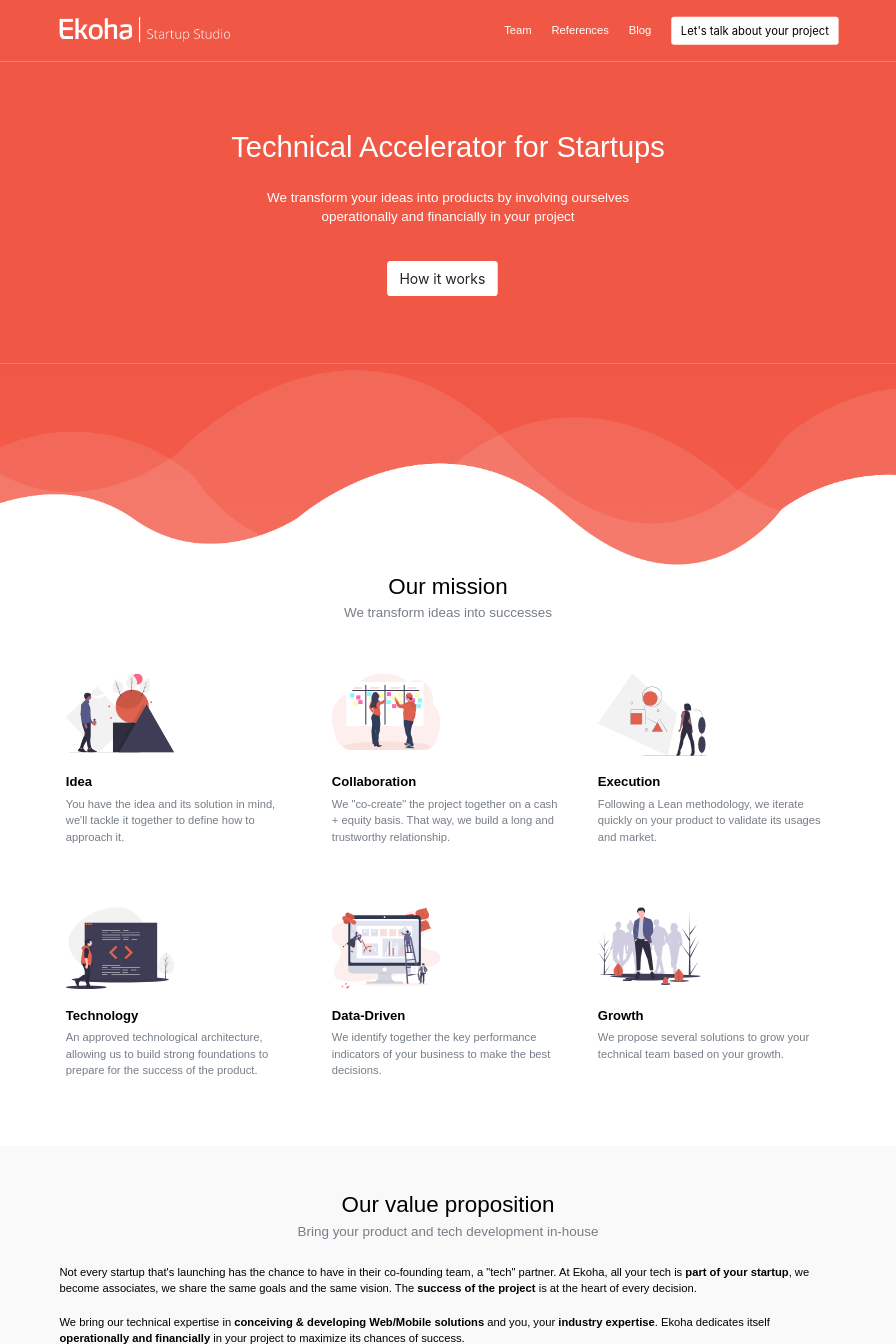
Repository: BetterCallJohn/ekoha-website
Page: index.html
These files come from the project's save history. The page is drawn as it stood at one moment and after the next save; the edit follows.
The browser window is 1280 px wide. The pictures show the part of the page from y = 0 to 1920 px (the page is 2765 px tall), at 70% of full size.
Some web fonts or font styles are not loaded; a fallback is used.

Above is the page before, as saved 2025-06-11 20:41:09.

### index.html
<!DOCTYPE html>
<html lang="en">
<head>
    <meta charset="UTF-8">
    <meta name="generator" content="Hugo 0.60.1">
    <title>Ekoha — Technical Accelerator for Startups</title>
    <meta name="Description" content="Ekoha is The Startup Studio. Focused on creating and developing companies, mostly from internal ideas. From ideas to independent companies.">
    <meta http-equiv="x-ua-compatible" content="IE=edge">
    <meta name="theme-color" content="#379DFF">
    <meta name="apple-mobile-web-app-capable" content="yes">
    <meta name="format-detection" content="telephone=no">
    <meta name="viewport" content="width=device-width,minimum-scale=1,initial-scale=1,shrink-to-fit=no,viewport-fit=cover">
    <link rel="preconnect" href="https://fonts.gstatic.com/" crossorigin="">
    <link href="./assets/css/fonts.css" rel="stylesheet">

    <!-- Open Graph Meta Tags -->
    <meta property="og:locale" content="en_US">
    <meta property="og:type" content="article">
    <meta property="og:title" content="Ekoha - The Startup Studio">
    <meta property="og:description" content="Ekoha is The Startup Studio. Focused on creating and developing companies, mostly from internal ideas. From ideas to independent companies.">
    <meta property="og:site_name" content="Ekoha is The Startup Studio. Focused on creating and developing companies, mostly from internal ideas. From ideas to independent companies.">
    <meta property="og:url" content="https://www.ekoha.co/">
    <meta property="og:image" content="./assets/img/biglogo@2x.png">

    <!-- Favicon -->
    <link rel="shortcut icon" href="./assets/img/favicon.png" type="image/ico">

    <!-- Stylesheets -->
    <link rel="stylesheet" href="./assets/css/styles.min.css">
</head>
<body id="landing">
    <header class="header">
        <div class="container">
            <div class="row">
                <h1 class="header__logo col-auto" role="banner">
                    <a href="/"><img src="./assets/img/logo@2x.png" alt="Ekoha"></a>
                </h1>
                <a href="#nav" id="nav-toggle" class="col-auto ml-auto d-block d-lg-none header__navToggle" aria-label="Open the menu">
                    <div class="header__hamburger" aria-hidden="true">
                        <span></span>
                        <span></span>
                        <span></span>
                    </div>
                </a>
                <nav id="nav" class="header__nav col" role="navigation" aria-label="Primary menu">
                    <div class="row text-right">
                        <ul class="header__primaryNav mr-auto">
                            <li><a href="#team">Team</a></li>
                            <li><a href="#references">References</a></li>
                            <li><a href="#blog">Blog</a></li>
                            <li class="li-btn">
                                <a href="mailto:hello@ekoha.co" class="btn btn-light">Let's talk about your project</a>
                            </li>
                        </ul>
                    </div>
                </nav>
            </div>
        </div>
    </header>

    <main class="main page--landing">
        <section class="jumbotron jumbotron--center jumbotron--waves">
            <div class="jumbotron__inner">
                <div class="container">
                    <div class="row">
                        <div class="col mx-auto col-lg-9 col-xl-9">
                            <div class="jumbotron__content">
                                <h1>Technical Accelerator for Startups</h1>
                                <p class="lead">We transform your ideas into products by involving ourselves<br>operationally and financially in your project</p>
                                <a href="#howitworks" class="btn btn-light btn-lg">How it works</a>
                            </div>
                        </div>
                    </div>
                </div>
            </div>
            <img class="jumbotron__bottom" src="./assets/img/jumbotron-waves@2x.png" alt="" id="howitworks">
        </section>

        <section class="section section--explore">
            <div class="container">
                <div class="row">
                    <div class="col">
                        <h2 class="section__title">Our mission</h2>
                        <p class="section__subtitle">We transform ideas into successes</p>
                    </div>
                </div>
                <div class="row">
                    <div class="col-lg-4 col-sm-6 p-4">
                        <figure><img src="./assets/img/idea.svg" width="155" alt=""></figure>
                        <h3>Idea</h3>
                        <p class="muted">You have the idea and its solution in mind, we'll tackle it together to define how to approach it.</p>
                    </div>
                    <div class="col-lg-4 col-sm-6 p-4">
                        <figure><img src="./assets/img/collaboration.svg" width="155" alt=""></figure>
                        <h3>Collaboration</h3>
                        <p class="muted">We "co-create" the project together on a cash + equity basis. That way, we build a long and trustworthy relationship.</p>
                    </div>
                    <div class="col-lg-4 col-sm-6 p-4">
                        <figure><img src="./assets/img/execution.svg" width="155" alt=""></figure>
                        <h3>Execution</h3>
                        <p class="muted">Following a Lean methodology, we iterate quickly on your product to validate its usages and market.</p>
                    </div>
                    <div class="col-lg-4 col-sm-6 p-4">
                        <figure><img src="./assets/img/technologie.svg" width="155" alt=""></figure>
                        <h3>Technology</h3>
                        <p class="muted">An approved technological architecture, allowing us to build strong foundations to prepare for the success of the product.</p>
                    </div>
                    <div class="col-lg-4 col-sm-6 p-4">
                        <figure><img src="./assets/img/data.svg" width="155" alt=""></figure>
                        <h3>Data-Driven</h3>
                        <p class="muted">We identify together the key performance indicators of your business to make the best decisions.</p>
                    </div>
                    <div class="col-lg-4 col-sm-6 p-4">
                        <figure><img src="./assets/img/growth.svg" width="155" alt=""></figure>
                        <h3>Growth</h3>
                        <p class="muted">We propose several solutions to grow your technical team based on your growth.</p>
                    </div>
                </div>
            </div>
        </section>

        <section class="section section--strenghs section--neutral">
            <div class="container">
                <div class="row">
                    <div class="col">
                        <h2 class="section__title">Our value proposition</h2>
                        <p class="section__subtitle">Bring your product and tech development in-house</p>
                        <div class="cms">
                            <p>Not every startup that's launching has the chance to have in their co-founding team, a "tech" partner. At Ekoha, all your tech is <strong>part of your startup</strong>, we become associates, we share the same goals and the same vision. The <strong>success of the project</strong> is at the heart of every decision.<br><br>We bring our technical expertise in <strong>conceiving &amp; developing Web/Mobile solutions</strong> and you, your <strong>industry expertise</strong>. Ekoha dedicates itself <strong>operationally and financially</strong> in your project to maximize its chances of success.</p>
                        </div>
                    </div>
                </div>
            </div>
        </section>

        <section class="section section--partners">
            <div class="container">
                <div class="row">
                    <div class="col">
                        <h2 class="section__title">They trust us</h2>
                        <p class="section__subtitle"></p>
                    </div>
                </div>
                <div class="row align-items-center justify-content-around">
                    <div class="col-sm-auto">
                        <figure><img src="./assets/img/frenchfounders.png" alt="French Founders"></figure>
                    </div>
                    <div class="col-sm-auto">
                        <figure><img src="./assets/img/sorteer.png" alt="Sorteer" height="30"></figure>
                    </div>
                    <div class="col-sm-auto">
                        <figure><img src="./assets/img/watt.png" alt="Lonext &amp; WattDb" height="65"></figure>
                    </div>
                    <div class="col-sm-auto">
                        <figure><img src="./assets/img/ontracks.png" alt="OnTracks"></figure>
                    </div>
                </div>
            </div>
        </section>
    </main>

    <footer class="footer" role="contentinfo">
        <section class="section section--gradient footer__getStarted">
            <div class="container">
                <div class="row">
                    <div class="col-auto mr-auto">
                        <h4>You have a Startup project?</h4>
                        <p>Great! We'd like to know more about it!</p>
                    </div>
                    <div class="col-auto text-center">
                        <a href="mailto:hello@ekoha.co" class="btn btn-block btn-xl btn-rounded btn-outline-light">Let's talk about your project</a>
                    </div>
                </div>
            </div>
        </section>

        <section class="footer__links">
            <div class="container">
                <div class="row">
                    <div class="col-lg col-sm-3">
                        <h5>Ekoha</h5>
                        <ul>
                            <li><a href="#team">Team</a></li>
                            <li><a href="#references">References</a></li>
                            <li><a href="#blog">Blog</a></li>
                            <li><a href="mailto:hello@ekoha.co">Contact</a></li>
                        </ul>
                    </div>
                    <div class="col-lg-auto col-sm-3 footer__offices">
                        <img src="./assets/img/nyc.svg" alt="New York" height="80" class="illus d-none d-lg-block">
                        <div class="address">
                            <address>
                                <strong>New York - USA</strong>
                                <span>The Foundery</span>
                                <span>27 W 20th St. Suite 800</span>
                                <span>New York NY-10011</span>
                            </address>
                        </div>
                    </div>
                    <div class="col-lg-auto col-sm-3 footer__offices">
                        <img src="./assets/img/paris.svg" alt="Paris" height="80" class="illus d-none d-lg-block">
                        <div class="address">
                            <address>
                                <strong>Paris - France</strong>
                                <span class="d-none d-md-block">&nbsp;</span>
                                <span>31 Place de la Madeleine</span>
                                <span>75008 Paris</span>
                            </address>
                        </div>
                    </div>
                    <div class="col-lg-auto col-sm-3 footer__offices">
                        <img src="./assets/img/marseille.png" alt="Marseille" height="80" class="illus d-none d-lg-block">
                        <div class="address">
                            <address>
                                <strong>Marseille - France</strong>
                                <span class="d-none d-md-block">&nbsp;</span>
                                <span>28 Rue Saint-Saëns</span>
                                <span>13001 Marseille</span>
                            </address>
                        </div>
                    </div>
                </div>
            </div>
        </section>

        <section class="footer__copyright">
            <div class="container">
                <div class="row">
                    <div class="col">
                        <img src="./assets/img/ekoha.png" alt="Ekoha" height="34px">
                        2020 - Ekoha - All rights reserved.
                    </div>
                </div>
            </div>
        </section>
    </footer>

    <!-- Scripts -->
    <script src="./assets/js/main.js"></script>

    <!-- Google Analytics -->
    <script async src="https://www.googletagmanager.com/gtag/js?id=UA-96472831-4"></script>
    <script>
        window.dataLayer = window.dataLayer || [];
        function gtag(){dataLayer.push(arguments);}
        gtag('js', new Date());
        gtag('config', 'UA-96472831-4');
    </script>
</body>
</html>

### assets/js/main.js
var _____WB$wombat$assign$function_____ = function(name) {return (self._wb_wombat && self._wb_wombat.local_init && self._wb_wombat.local_init(name)) || self[name]; };
if (!self.__WB_pmw) { self.__WB_pmw = function(obj) { this.__WB_source = obj; return this; } }
{
  let window = _____WB$wombat$assign$function_____("window");
  let self = _____WB$wombat$assign$function_____("self");
  let document = _____WB$wombat$assign$function_____("document");
  let location = _____WB$wombat$assign$function_____("location");
  let top = _____WB$wombat$assign$function_____("top");
  let parent = _____WB$wombat$assign$function_____("parent");
  let frames = _____WB$wombat$assign$function_____("frames");
  let opener = _____WB$wombat$assign$function_____("opener");

(function() {
    var getUrl = window.location;
    var baseUrl = getUrl .protocol + "//" + getUrl.host;
    var fullFirstPath = window.location.href;

    var frURL = baseUrl + '/fr/' + getUrl.pathname.split('/')[1];
    if (window.navigator.language.indexOf('fr') === 0 && !fullFirstPath.includes('/fr/')) {
        window.location = frURL;
    }
})();


}
/*
     FILE ARCHIVED ON 03:28:29 Mar 05, 2021 AND RETRIEVED FROM THE
     INTERNET ARCHIVE ON 18:31:53 Jun 11, 2025.
     JAVASCRIPT APPENDED BY WAYBACK MACHINE, COPYRIGHT INTERNET ARCHIVE.

     ALL OTHER CONTENT MAY ALSO BE PROTECTED BY COPYRIGHT (17 U.S.C.
     SECTION 108(a)(3)).
*/
/*
playback timings (ms):
  captures_list: 0.46
  exclusion.robots: 0.018
  exclusion.robots.policy: 0.008
  esindex: 0.01
  cdx.remote: 56.392
  LoadShardBlock: 763.505 (3)
  PetaboxLoader3.resolve: 527.252 (3)
  PetaboxLoader3.datanode: 321.856 (4)
  load_resource: 203.159
*/

Loaded but not shown: assets/css/fonts.css (library); assets/css/styles.min.css (library)

After the next save:
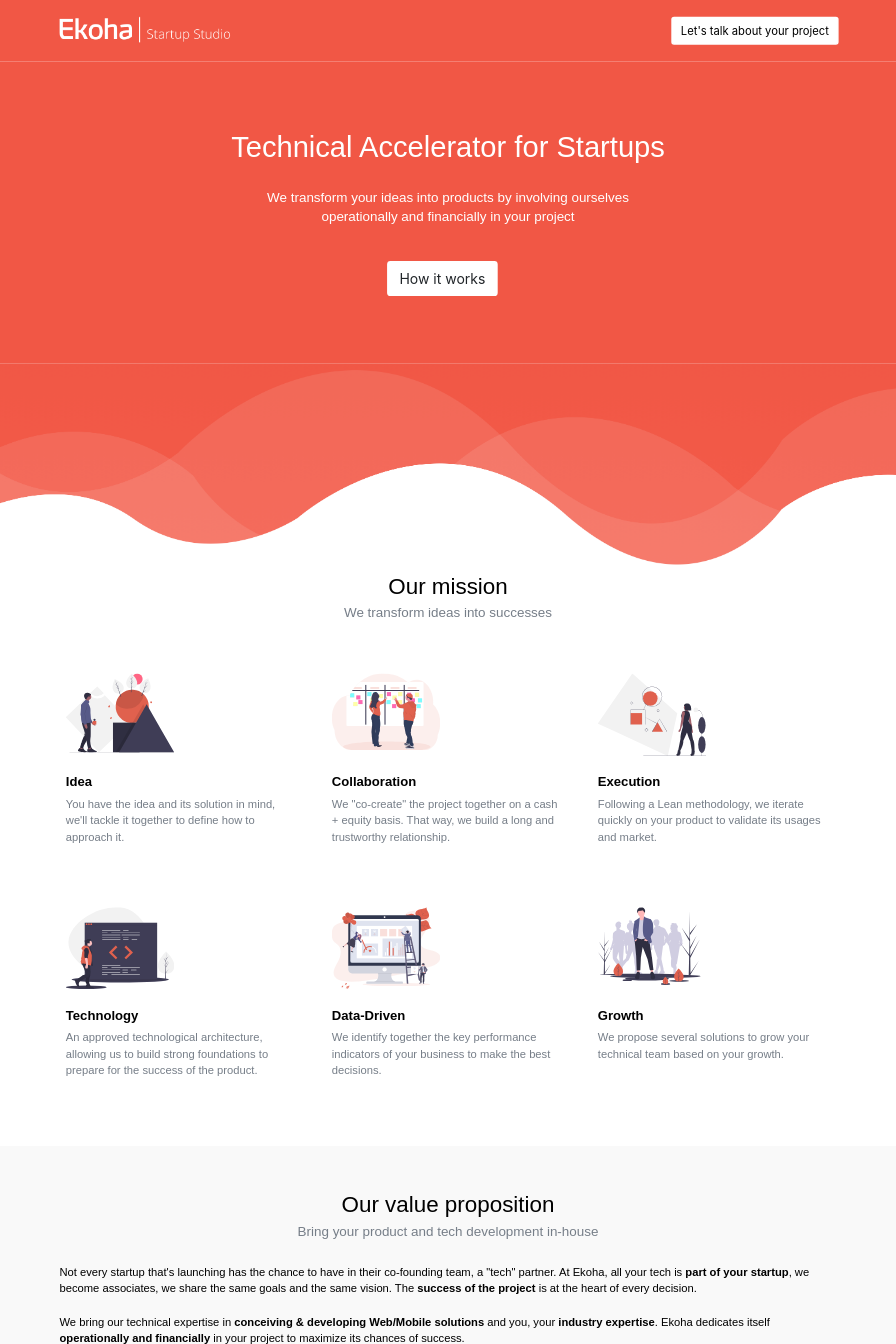
Saved 2 min 55 s later.
--- a/index.html
+++ b/index.html
@@ -45,11 +45,8 @@
                 <nav id="nav" class="header__nav col" role="navigation" aria-label="Primary menu">
                     <div class="row text-right">
                         <ul class="header__primaryNav mr-auto">
-                            <li><a href="#team">Team</a></li>
-                            <li><a href="#references">References</a></li>
-                            <li><a href="#blog">Blog</a></li>
                             <li class="li-btn">
-                                <a href="mailto:hello@ekoha.co" class="btn btn-light">Let's talk about your project</a>
+                                <a href="mailto:contact@ekoha.co" class="btn btn-light">Let's talk about your project</a>
                             </li>
                         </ul>
                     </div>
